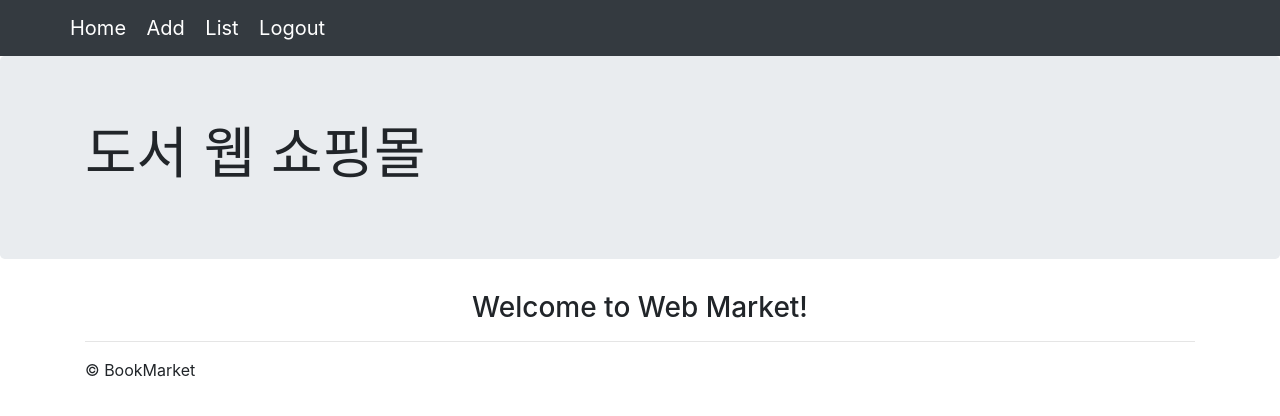
Repository: LeeKukJu/JSP-Study
Page: http://localhost/BookMarket/welcome.jsp
The author's editor kept a copy of each file at every save. The page is drawn from the files as they stood at one save, then again after the next save.
The browser window is 1280 px wide. The pictures show the whole page.
The page is served by Tomcat 9. Other server files are loaded and not shown.

Above is the page before, as saved 2023-02-02 12:29:57.

### BookMarket/WebContent/welcome.jsp
<%@ page contentType="text/html; charset=utf-8"%>
<%@ page import="java.util.Date"%>
<html>
<head>
<link rel="stylesheet"
	href="https://maxcdn.bootstrapcdn.com/bootstrap/4.0.0/css/bootstrap.min.css">
<title>Welcome</title>
</head>
<body>
	<%@ include file ="menu.jsp" %>
	<%!
		String greeting="도서 웹 쇼핑몰";
		String tagline="Welcome to Web Market!";
	%>

	<!--
		해당 위치에 디렉티브 태그를 이용하여 menu.jsp 내용을 포함시켜 주세요.
		:: TODO
	-->

	<!--
		문자열 타입의 greeting 이라는 전역 변수에 "도서 웹 쇼핑몰"로 변수 선언 및 초기화를 해주세요.
		문자열 타입의 tagline 이라는 전역 변수에 "Welcome to Web Market!"로 변수 선언 및 초기화를 해주세요.
		:: TODO
	-->
	<div class="jumbotron">
		<div class="container">
			<h1 class="display-4">
			<%=greeting %>
				<!-- 표현문을 이용하여 greeting을 출력해주세요. -->
			</h1>
		</div>
	</div>
	<main role="main">
	<div class="container">
		<div class="text-center">
			<h3>
			<%=tagline %>
				<!-- 표현문을 이용하여 tagline을 출력해주세요. -->
			</h3>
		</div>
		<hr>
	</div>
	</main>
	<%@include file="footer.jsp" %>
	<!--
		해당 위치에 디렉티브 태그를 이용하여 footer.jsp 내용을 포함시켜 주세요.
		:: TODO
	-->
</body>
</html>

### BookMarket/WebContent/menu.jsp
<%@ page contentType="text/html; charset=utf-8" %>
<nav class="navbar navbar-expand  navbar-dark bg-dark">
	<div class="container">
		<div class="navbar-header">
			<a class="navbar-brand" href="./welcome.jsp">Home</a>
			<a class="navbar-brand" href="./addBook.jsp">Add</a>
			<a class="navbar-brand" href="./books.jsp">List</a>
			<a class="navbar-brand" href="./logout.jsp">Logout</a>
		</div>
	</div>
</nav>

### BookMarket/WebContent/footer.jsp
<footer class="container">
	<p>&copy; BookMarket</p>
</footer>

After the next save:
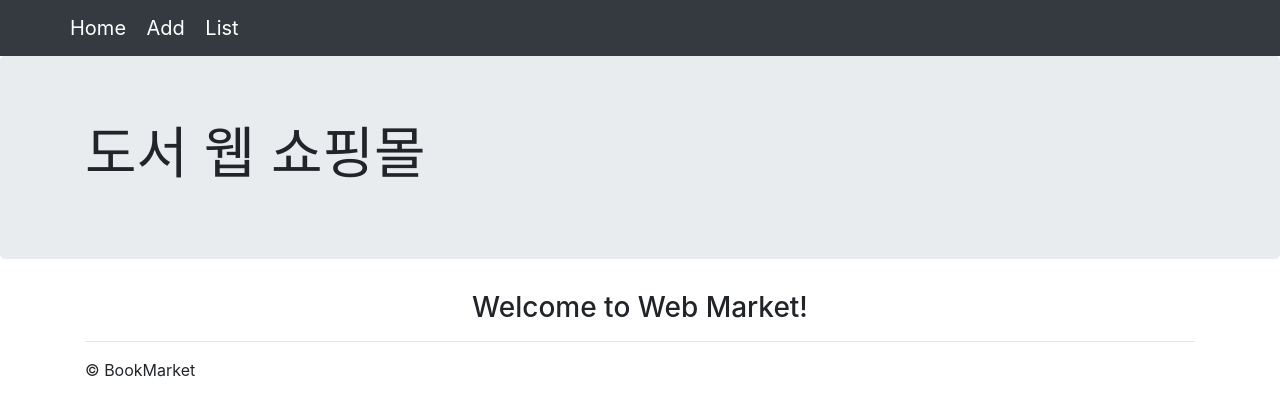
Saved 43 s later.
--- a/BookMarket/WebContent/menu.jsp
+++ b/BookMarket/WebContent/menu.jsp
@@ -5,7 +5,13 @@
 			<a class="navbar-brand" href="./welcome.jsp">Home</a>
 			<a class="navbar-brand" href="./addBook.jsp">Add</a>
 			<a class="navbar-brand" href="./books.jsp">List</a>
+			<%
+				if(request.getRemoteUser() != null){
+			%>
 			<a class="navbar-brand" href="./logout.jsp">Logout</a>
+			<%
+				}
+			%>
 		</div>
 	</div>
 </nav>
